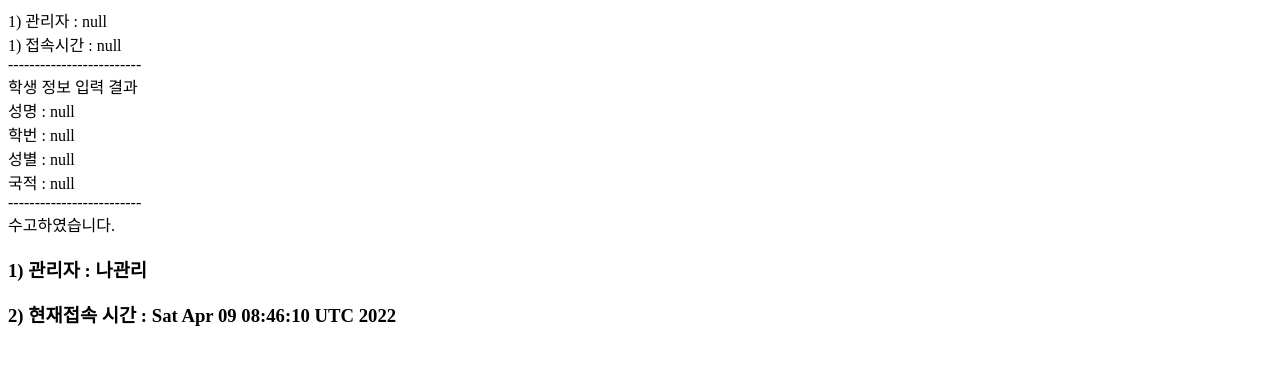
Repository: sunyeongan/Univ_lecture
Page: http://localhost/week10/request2.jsp
These files come from the project's save history. The page is drawn as it stood at one moment and after the next save; the edit follows.
The browser window is 1280 px wide. The pictures show the whole page.
The page is served by Tomcat 9.

Above is the page before, as saved 2022-05-03 03:23:53.

### WebSever_2022/work/week10/week10/src/main/webapp/request2.jsp
<%@ page language="java" contentType="text/html; charset=UTF-8"
    pageEncoding="UTF-8"%>

<%



	request.setCharacterEncoding("euc-kr");


	String npw = request.getParameter("pw");
	String n_name = request.getParameter("name");
	String n_stdNum = request.getParameter("studentNum");
	String nsex = request.getParameter("sex");
	String ncountry = request.getParameter("country");
	String nadmin  = request.getParameter("admin");
	String ntime = request.getParameter("time");

	out.println("1) 관리자  : " + nadmin + "<br>");

	out.println("1) 접속시간  : " + ntime + "<br>");
	out.println("-------------------------" + "<br>");

	out.println("학생 정보 입력 결과" + "<br>");
	out.println("성명 : " + n_name + "<br>");
	out.println("학번 : " + n_stdNum + "<br>");

	out.println("성별 : " + nsex + "<br>");
	out.println("국적 : " + ncountry + "<br>");
	out.println("-------------------------" + "<br>");
	out.println("수고하였습니다. " + "<br>");
%>
<jsp:include page = "request2_2.jsp" flush = "true"></jsp:include>

### WebSever_2022/work/week10/week10/src/main/webapp/request2_2.jsp
<%@ page language="java" contentType="text/html; charset=EUC-KR"
    pageEncoding="EUC-KR"%>
<% %>
<%

	request.setCharacterEncoding("euc-kr");


%>


<%

 String admin = "나관리 ";

%>
<h3>1) 관리자 : <%=admin %></h3>
<h3>2) 현재접속 시간 : <%=new java.util.Date() %></h3>

After the next save:
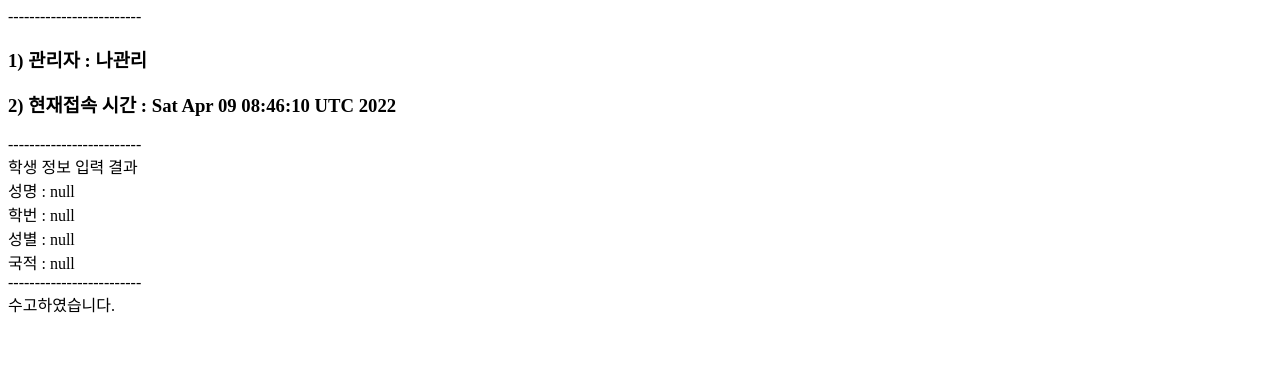
Saved 16 s later.
--- a/WebSever_2022/work/week10/week10/src/main/webapp/request2.jsp
+++ b/WebSever_2022/work/week10/week10/src/main/webapp/request2.jsp
@@ -16,18 +16,26 @@
 	String nadmin  = request.getParameter("admin");
 	String ntime = request.getParameter("time");
 
-	out.println("1) 관리자  : " + nadmin + "<br>");
 
-	out.println("1) 접속시간  : " + ntime + "<br>");
-	out.println("-------------------------" + "<br>");
 
-	out.println("학생 정보 입력 결과" + "<br>");
-	out.println("성명 : " + n_name + "<br>");
-	out.println("학번 : " + n_stdNum + "<br>");
 
-	out.println("성별 : " + nsex + "<br>");
-	out.println("국적 : " + ncountry + "<br>");
-	out.println("-------------------------" + "<br>");
-	out.println("수고하였습니다. " + "<br>");
+
+%>
+<%
+out.println("-------------------------" + "<br>");
+
 %>
 <jsp:include page = "request2_2.jsp" flush = "true"></jsp:include>
+<%
+out.println("-------------------------" + "<br>");
+
+out.println("학생 정보 입력 결과" + "<br>");
+out.println("성명 : " + n_name + "<br>");
+out.println("학번 : " + n_stdNum + "<br>");
+
+out.println("성별 : " + nsex + "<br>");
+out.println("국적 : " + ncountry + "<br>");
+out.println("-------------------------" + "<br>");
+out.println("수고하였습니다. " + "<br>");
+
+%>
